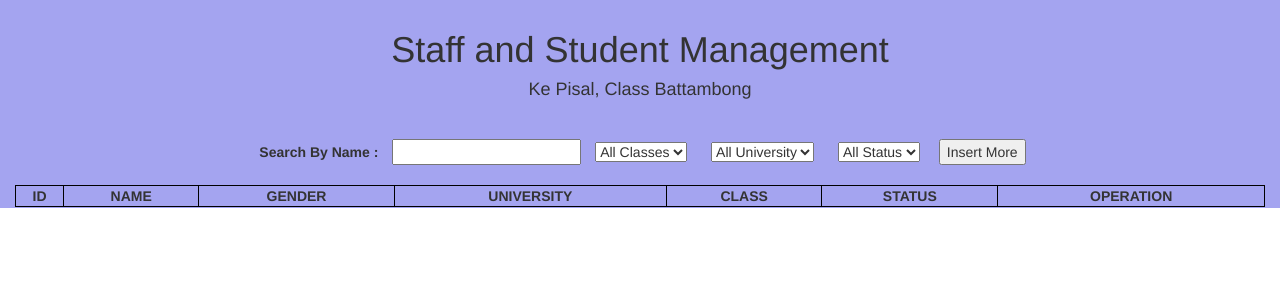
Repository: kepisal/ServletJAVA
Page: http://localhost/AjaxStaffandStudent/
These files come from the project's save history. The page is drawn as it stood at one moment and after the next save; the edit follows.
The browser window is 1280 px wide. The pictures show the whole page.
The page is served by Tomcat 9. Queries for data that is not in the repository find no rows.

Above is the page before, as saved 2015-07-10 13:35:49.

After the next save:
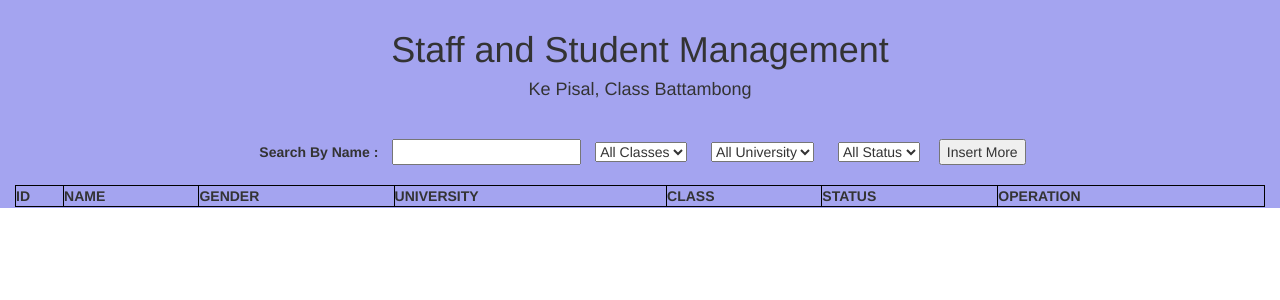
Saved 62 s later.
--- a/AjaxStaffandStudent/WebContent/index.jsp
+++ b/AjaxStaffandStudent/WebContent/index.jsp
@@ -37,7 +37,7 @@
 	width: 20px;
 }
 
-th {
+table {
 	text-align: center;
 }
 

After the save that followed:
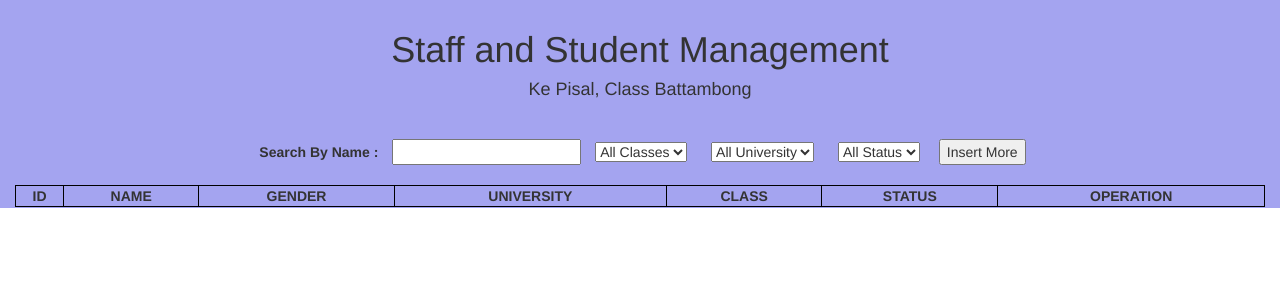
Saved 26 s later.
--- a/AjaxStaffandStudent/WebContent/index.jsp
+++ b/AjaxStaffandStudent/WebContent/index.jsp
@@ -31,6 +31,7 @@
 table, th, td {
 	border: 1px solid black;
 	border-collapse: collapse;
+	text-align: center;
 }
 
 img {
@@ -38,7 +39,7 @@
 }
 
 table {
-	text-align: center;
+
 }
 
 #classlist, #universitylist, #txtinput, #statuslist {
